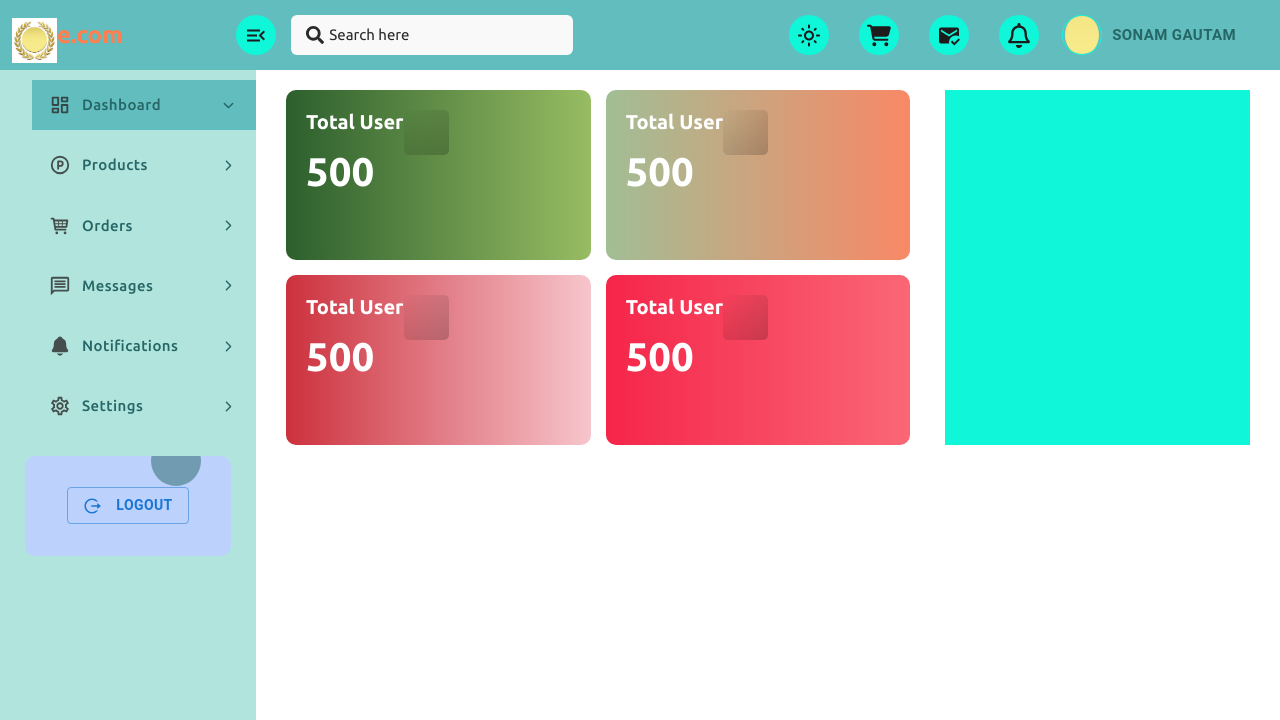
Repository: gautamsonam011/admin-react-dashboard
Page: /
The author's editor kept a copy of each file at every save. The page is drawn from the files as they stood at one save, then again after the next save.
The browser window is 1280 px wide. The pictures show the whole page.
The project was rebuilt for these pictures with package versions that can differ from the ones it lists, and the page was loaded fresh each time.

Above is the page before, as saved 2025-04-16 13:38:53.

### src/App.js
import { BrowserRouter, Routes, Route } from 'react-router-dom';
import './App.css';
import 'bootstrap/dist/css/bootstrap.min.css';
import Dashboard from './pages/Dashboard/Dashboard';
import Header from "./components/Header/index";
import Sidebar from './components/Sidebar';

function App() {
  return (
    <BrowserRouter>
      <Header />
      <div className='main d-flex'>
        <div className='sidebarWrapper'>
          <Sidebar />
        </div>
        <div className='content'>
          <Routes>
            <Route path="/" exact={true} element={<Dashboard />} />
          </Routes>
        </div>
      </div>

    </BrowserRouter>
  );
}

export default App;

### src/App.css
@import url('https://fonts.googleapis.com/css2?family=Ubuntu:ital,wght@0,300;0,400;0,500;0,700;1,300;1,400;1,500;1,700&display=swap');

body{
  font-family: "Ubuntu", sans-serif !important;
  background-color: #f4f8f7;

}

header{
  width:100%;
  height: 70px;
  background-color:#62bebe;
  position: fixed;
  top:0px;
  left:0px;
  z-index: 1000;
}
header .logo{
  text-decoration: none;
}
header .logo img{
  margin-top: 10px;
  width:45px;

}

header .logo span{
color: coral;
font-weight: bolder;
font-size: 24px;
}
header button.rounded-circle{min-width:40px !important; width:40px !important; height: 40px !important; background-color:#0ff7d8 !important; margin: 15px;}
header button.rounded-circle svg{color:rgb(29, 27, 27); font-size: 25px !important; transition: all 0.2s ease-in-out;}
header button.rounded-circle:hover svg{color: #2585d4 !important;}
.searchBox{width:400px; height: 40px; background-color:#faf9f9; border-radius: 6px;padding: 3px 15px;}
.searchBox input{background: transparent;border:0px; outline:none; padding-left: 5px; font-size: 15px; color:#292929}
.searchBox input::-webkit-input-placeholder{color:#292929}
.searchBox svg{font-size: 18px; color:#292929 ;}

.userImg{display: flex; align-items:center; justify-content: center; overflow: hidden; width:40px; height: 40px; border:1px solid #0ff7d8; padding: 2px; border-radius: 100%;}
.userImg .rounded-circle{display: flex; align-items:center; justify-content: center; overflow: hidden; width: 40px; height: 40px; cursor: pointer; position: relative;}
.userImg .rounded-circle .img{object-fit: cover; width: 100%;}
.userInfo{padding-left: 10px;}
.userInfo h5{font-size: 15px; font-weight: 600; margin-bottom:0px; color: #266666;}

#account-menu li{font-size: 14px !important;}
#account-menu li svg{font-size: 20px !important}

.dropdown-info{padding-left: 6px;}
.dropdown-info h4{font-size: 15px; font-weight:600;margin-top: 2px; white-space: break-space; line-height: 21px;}
.dropdown-info p{font-size: 10px; color: #2585d4;}


/* Style for sidebar  */

.main .sidebarWrapper{width: 20%; flex: 0 0 20%; transition: all 0.3s ease-in-out;}
.main .sidebarWrapper .sidebar{width:20%; height: 100vh; position:fixed; top: 70px; left:0px; background:#b1e4dd; overflow-y: scroll; overflow-x: hidden;}
.main .sidebarWrapper .sidebar::-webkit-scrollbar-thumb{background: transparent !important; width:3px;}
.main .sidebarWrapper:hover .sidebar::-webkit-scrollbar{ background:#2585d4; width:3px;}
.main .sidebarWrapper .sidebar ul{margin-bottom:0px;}
.main .sidebarWrapper .sidebar ul li{list-style: none; margin-top:10px;}
.main .sidebarWrapper .sidebar ul li button{color:#266666; text-align: left; justify-content: left; border-radius:0px !important; padding: 12px 15px !important;
  align-items: center; text-transform: capitalize !important;font-family: "Ubuntu", sans-serif !important;
  margin-left: 0px; font-size: 15px !important;
}
.main .sidebarWrapper .sidebar ul li button .icon{display: flex; align-items:center; justify-content: center; width:25px; height:25px; margin-right: 10px;}
.main .sidebarWrapper .sidebar ul li button .icon svg{color:#292929; opacity: 0.8; font-size: 22px;}
.main .sidebarWrapper .sidebar ul li button .arrow{margin-left: auto; display: flex; align-items: center; justify-content: center; width: 25px; transition: all 0.3s ease-in-out}
.main .sidebarWrapper .sidebar ul li button:hover{background:#62bebe !important;}
.main .sidebarWrapper .sidebar ul li button.active{background: #62bebe !important;}
.main .sidebarWrapper .sidebar ul li button.active .arrow{transform: rotate(90deg);}

.main .sidebarWrapper .sidebar ul .submenu{padding: 0px 45px; position:relative; height:auto;}
.main .sidebarWrapper .sidebar ul .submenu::before{content:''; width:1px; height: 95%; position: absolute; top:0px; left:25px; background:rgba(0, 0, 0, 0.1);}
.main .sidebarWrapper .sidebar ul .submenu li{width:100%; list-style: none;}
.main .sidebarWrapper .sidebar ul .submenu li a{color:#266666 !important; text-decoration: none; font-family: "Ubuntu", sans-serif !important;
display: block; padding: 6px 0px; font-size: 14px !important; font-weight: 500; transition:all 0.3s}
.main .sidebarWrapper .sidebar ul .submenu li a:hover{color:#2585d4 !important;}

.main .sidebarWrapper .sidebar ul .submenuWrapper{transition:all 0.3s ease-in-out; height: 0px; overflow: hidden; }
.main .sidebarWrapper .sidebar ul .submenuWrapper.colapsed .submenu{opacity:0;}

.main .sidebarWrapper .sidebar ul .submenuWrapper.colapse{height:auto; overflow: inherit;}
.main .sidebarWrapper .sidebar ul .submenuWrapper.colapse .submenu{opacity:1; height:auto;}

.logoutWrapper{padding: 0px 25px;}
.logoutWrapper .logoutBox{width:100%; height:100px; padding: 25px; background:#bcd2fd; border-radius:10px; margin-bottom:20px; display:flex; align-items: center; justify-content: center;
position:relative; overflow:hidden;}
.logoutWrapper .logoutBox::before{content:''; width:50px; height:50px; background:#266666; border-radius: 100%; position:absolute; top: -20px; right: 30px; opacity:0.5}
.logoutWrapper .logoutBox::after{content:''; width:30px; height:30px; background:#266666; border-radius: 100%; position:absolute; top: -30px; left: 30px; opacity:0.5}
.logoutWrapper .logoutBox button{font-size:14px !important; font-weight: 600 !important; }
.logoutWrapper .logoutBox button svg{margin-right: 15px; font-size:18px;}

.main .content{width:80%; flex: 0 0 80%;}
.dashboardBoxWrapperRow{margin-left: 20%;}
.right-content{padding: 90px 30px;}
.dashboardBoxWrapper{gap: 15px; width:100%; flex-wrap: wrap;}
.dashboardBoxWrapper .dashboardBox{width:48%; height: 170px; border-radius:10px; overflow: hidden; padding:20px;}
.dashboardBoxWrapperRow .box{width:100%; height: 100%; background:#0ff7d8;}

.dashboardBoxWrapper .dashboardBox .col1 h4{font-size: 20px; font-weight: 600;}
.dashboardBoxWrapper .dashboardBox .col1 span{font-size: 40px; font-weight: bold;}
.dashboardBoxWrapper .dashboardBox .icon {display: flex; align-items:center; justify-content: center; width:45px; height: 45px; border-radius:5px; background-image: linear-gradient(to bottom right, rgba(0, 0, 0, 0), rgba(0, 0, 0, 0.2));}
.dashboardBoxWrapper .dashboardBox .icon svg{font-size: 45px; opacity: 0.1;}

### src/pages/Dashboard/Dashboard.jsx
import DashboardBox from "../../components/DashboardBox";
import { FaUserFriends } from "react-icons/fa";

const Dashboard = () => {
    return (
        <div className="right-content w-100">
            <div className="row dashboardBoxWrapperRow ">
                <div className="col-md-8">
                    <div className="dashboardBoxWrapper d-flex">
                        <DashboardBox color={["#2C5F2D", "#97BC62"]} icon={<FaUserFriends/>} />
                        <DashboardBox color={["#A1BE95", "#F98866"]} />
                        <DashboardBox color={["#CC313D", "#F7C5CC"]} />
                        <DashboardBox color={["#F52549", "#FA6775"]} />

                    </div>
                </div>
                <div className="col-md-4 pl-0">
                    <div className="box"></div>
                </div>
            </div>
        </div>
    )
}

export default Dashboard;

### src/components/Header/index.jsx
import React, { useState } from 'react';
import { Link } from "react-router-dom";
import logo from "../../assests/images/logo.jpg";
import Button from '@mui/material/Button';
import { MdMenuOpen } from "react-icons/md";
// import { MdOutlineMenu } from "react-icons/md";
import SearchBox from "../SearchBox";
import { MdOutlineLightMode } from "react-icons/md";
// import { MdDarkMode } from "react-icons/md";
import { FaCartShopping } from "react-icons/fa6";
import { MdMarkEmailRead } from "react-icons/md";
import { FaRegBell } from "react-icons/fa";


import Avatar from '@mui/material/Avatar';
import Menu from '@mui/material/Menu';
import MenuItem from '@mui/material/MenuItem';
import ListItemIcon from '@mui/material/ListItemIcon';
import Divider from '@mui/material/Divider';
import { FaShieldAlt } from "react-icons/fa";
import Settings from '@mui/icons-material/Settings';
import Logout from '@mui/icons-material/Logout';

const Header = () => {
    const [anchorEl, setAnchorEl] = useState(null);
    const [anchorElNotification, setAnchorElNotification] = useState(null);

    const open = Boolean(anchorEl);

    const handleOpenMyAccountDropdown = (event) => {
        if (anchorEl) {
            setAnchorEl(null);
        } else {
            setAnchorEl(event.currentTarget);
        }
    };

    const handleOpenMyAccountDropdownClose = () => {
        setAnchorEl(null);
    };

    // For Notification dropdown
    const handleOpennotificationsDrop = (event) => {
        setAnchorElNotification(event.currentTarget);
    };

    const handleClosenotificationsDrop = () => {
        setAnchorElNotification(null);
    };



    return (
        <>
            <header>
                <div className="container-fluid">
                    <div className="row d-flex align-items-center w-100">
                        {/* logo */}
                        <div className="col-sm-2">
                            <Link to="/" className="d-flex align-items-center logo">
                                <img src={logo} alt="logo" />
                                <span className="ml-2">e.com</span>
                            </Link>
                        </div>
                        <div className="col-sm-3 d-flex align-items-center pl-4">
                            <Button className="rounded-circle"><MdMenuOpen /></Button>
                            <SearchBox />
                        </div>
                        <div className="col-sm-7 d-flex align-items-center justify-content-end part3">
                            <Button className="rounded-circle"><MdOutlineLightMode /></Button>
                            <Button className="rounded-circle"><FaCartShopping /></Button>
                            <Button className="rounded-circle"><MdMarkEmailRead /></Button>
                            <Button className="rounded-circle" onClick={handleOpennotificationsDrop}>
                                <FaRegBell />
                            </Button>
                            <Menu
                                anchorEl={anchorElNotification}
                                open={Boolean(anchorElNotification)}
                                onClose={handleClosenotificationsDrop}
                                onClick={handleClosenotificationsDrop}
                                slotProps={{
                                    paper: {
                                        elevation: 0,
                                        sx: {
                                            overflow: 'visible',
                                            filter: 'drop-shadow(0px 2px 8px rgba(0,0,0,0.32))',
                                            mt: 1.5,
                                            '&::before': {
                                                content: '""',
                                                display: 'block',
                                                position: 'absolute',
                                                top: 0,
                                                right: 14,
                                                width: 10,
                                                height: 10,
                                                bgcolor: 'background.paper',
                                                transform: 'translateY(-50%) rotate(45deg)',
                                                zIndex: 0,
                                            },
                                        },
                                    },
                                }}
                                transformOrigin={{ horizontal: 'right', vertical: 'top' }}
                                anchorOrigin={{ horizontal: 'right', vertical: 'bottom' }}
                            >
                                <MenuItem onClick={handleClosenotificationsDrop}>
                                    Orders(12)
                                </MenuItem>
                                <Divider className="mb-2" />
                                <MenuItem onClick={handleClosenotificationsDrop}>
                                    <div className="d-flex align-items-center dropdown-list">

                                        <div className="userImg">
                                        <span className="rounded-circle">
                                            <img src={logo} alt="profile" />
                                        </span>

                                    </div>
                                    <div className='dropdown-info'>
                                        <h4><b>Sona</b> added Leather New Shoes</h4>
                                        <p>Few minutes ago</p>
                                    </div>
                                    </div>

                                </MenuItem>
                                <MenuItem onClick={handleClosenotificationsDrop}>
                                    <div className="d-flex align-items-center dropdown-list">

                                        <div className="userImg">
                                        <span className="rounded-circle">
                                            <img src={logo} alt="profile" />
                                        </span>

                                    </div>
                                    <div className='dropdown-info'>
                                        <h4><b>Sona</b> added Leather New Shoes</h4>
                                        <p>Few minutes ago</p>
                                    </div>
                                    </div>

                                </MenuItem>
                            </Menu>

                            <div className="myAccountWrapper">
                                <Button className="myAccount d-flex align-items-center" onClick={handleOpenMyAccountDropdown}>
                                    <div className="userImg">
                                        <span className="rounded-circle">
                                            <img src={logo} alt="profile" />
                                        </span>

                                    </div>
                                    <div className="userInfo">
                                        <h5>Sonam Gautam</h5>
                                    </div>

                                    <Menu
                                        anchorEl={anchorEl}
                                        id="account-menu"
                                        open={open}
                                        onClose={handleOpenMyAccountDropdownClose}
                                        onClick={handleOpenMyAccountDropdownClose}
                                        slotProps={{
                                            paper: {
                                                elevation: 0,
                                                sx: {
                                                    overflow: 'visible',
                                                    filter: 'drop-shadow(0px 2px 8px rgba(0,0,0,0.32))',
                                                    mt: 1.5,
                                                    '& .MuiAvatar-root': {
                                                        width: 32,
                                                        height: 32,
                                                        ml: -0.5,
                                                        mr: 1,
                                                    },
                                                    '&::before': {
                                                        content: '""',
                                                        display: 'block',
                                                        position: 'absolute',
                                                        top: 0,
                                                        right: 14,
                                                        width: 10,
                                                        height: 10,
                                                        bgcolor: 'background.paper',
                                                        transform: 'translateY(-50%) rotate(45deg)',
                                                        zIndex: 0,
                                                    },
                                                },
                                            },
                                        }}
                                        transformOrigin={{ horizontal: 'right', vertical: 'top' }}
                                        anchorOrigin={{ horizontal: 'right', vertical: 'bottom' }}
                                    >
                                        <MenuItem onClick={handleOpenMyAccountDropdownClose}>
                                            <Avatar /> Profile
                                        </MenuItem>
                                        <Divider />
                                        <MenuItem onClick={handleOpenMyAccountDropdownClose}>
                                            <ListItemIcon>
                                                <FaShieldAlt fontSize="small" />
                                            </ListItemIcon>
                                            Reset Password
                                        </MenuItem>
                                        <MenuItem onClick={handleOpenMyAccountDropdownClose}>
                                            <ListItemIcon>
                                                <Settings fontSize="small" />
                                            </ListItemIcon>
                                            Settings
                                        </MenuItem>
                                        <MenuItem onClick={handleOpenMyAccountDropdownClose}>
                                            <ListItemIcon>
                                                <Logout fontSize="small" />
                                            </ListItemIcon>
                                            Logout
                                        </MenuItem>
                                    </Menu>
                                </Button>
                            </div>
                        </div>
                    </div>
                </div>
            </header>
        </>
    )
}

export default Header

### src/components/Sidebar/index.jsx
import Button from '@mui/material/Button';
import { RiDashboardLine } from "react-icons/ri";
import { IoIosArrowForward } from "react-icons/io";
import { TbBrandProducthunt } from "react-icons/tb";
import { TiShoppingCart } from "react-icons/ti";
import { MdOutlineMessage } from "react-icons/md";
import { IoNotifications } from "react-icons/io5";
import { MdOutlineSettings } from "react-icons/md";
import { Link } from 'react-router-dom';
import React, {useState} from "react";
import { RiLogoutCircleRLine } from "react-icons/ri";

const Sidebar = () =>{
    const [activeTab, setActiveTab] = useState(0);
    const [isToggleSubmenu, setIsToggleSubmenu] = useState(false);

    const isOpenSubmenu = (index) =>{
        setActiveTab(index);
        setIsToggleSubmenu(!isToggleSubmenu);


    }

    return(
        <div className="sidebar">
            <ul>
                <li>
                    <Link to="/">
                    <Button className={`w-100 ${activeTab === 0 ? 'active' : ''}`} onClick={()=>isOpenSubmenu(0)}>
                        <span className='icon'><RiDashboardLine/></span>
                        Dashboard
                        <span className="arrow"><IoIosArrowForward/></span>
                    </Button>
                    </Link>
                </li>
                <li>
                    <Button className={`w-100 ${activeTab === 1 && isToggleSubmenu===true ?  'active' : ''}`} onClick={()=>isOpenSubmenu(1)}>
                        <span className='icon'><TbBrandProducthunt/></span>
                        Products
                        <span className="arrow"><IoIosArrowForward/></span>
                    </Button>
                    <div className={`submenuWrapper ${activeTab===1 && isToggleSubmenu===true ? 'colapse':'colapsed'}`}>
                    <ul className='submenu'>
                        <li><Link to="#">Product Add</Link></li>
                        <li><Link to="#">Product List</Link></li>
                        <li><Link to="#">Product View</Link></li>
                    </ul>
                    </div>
                </li>
                <li>
                    <Link to="/">
                    <Button className={`w-100 ${activeTab === 2 ? 'active' : ''}`} onClick={()=>isOpenSubmenu(2)}>
                        <span className='icon'><TiShoppingCart/></span>
                        Orders
                        <span className="arrow"><IoIosArrowForward/></span>
                    </Button>
                    </Link>
                </li>
                <li>
                    <Link to="/">
                    <Button className={`w-100 ${activeTab === 3 ? 'active' : ''}`} onClick={()=>isOpenSubmenu(3)}>
                        <span className='icon'><MdOutlineMessage/></span>
                        Messages
                        <span className="arrow"><IoIosArrowForward/></span>
                    </Button>
                    </Link>
                </li>
                <li>
                    <Link to="/">
                    <Button className={`w-100 ${activeTab === 4 ? 'active' : ''}`} onClick={()=>isOpenSubmenu(4)}>
                        <span className='icon'><IoNotifications/></span>
                        Notifications
                        <span className="arrow"><IoIosArrowForward/></span>
                    </Button>
                    </Link>
                </li>
                <li>
                    <Link to="/">
                    <Button className={`w-100 ${activeTab === 5 ? 'active' : ''}`} onClick={()=>isOpenSubmenu(5)}>
                        <span className='icon'><MdOutlineSettings /></span>
                        Settings
                        <span className="arrow"><IoIosArrowForward/></span>
                    </Button>
                    </Link>
                </li>
            </ul>
            <br/>
            <div className="logoutWrapper">
                <div className="logoutBox">
            <Button variant="outlined"> <RiLogoutCircleRLine/>Logout</Button>
            </div>
            </div>
        </div>
    )
}

export default Sidebar

### src/components/DashboardBox.jsx


const DashboardBox = (props) => {

    return (
        <div className="dashboardBox" style={{
            backgroundImage: `linear-gradient(to right, ${props.color?.[0]}, ${props.color?.[1]})`
        }}
        >
            <div className="d-flex w-100">
                <div className="col1">
                    <h4 className="text-white">Total User</h4>
                    <span className="text-white">500</span>
                </div>
                <div className="ml-auto">
                    <span className="icon">

                    </span>
                </div>
            </div>
        </div>


    )

}

export default DashboardBox;

### src/components/SearchBox.jsx
import { FaSearch } from "react-icons/fa";

const SearchBox = () =>{
    return (
        <div className="searchBox position-relative d-flex align-items-center">
            <FaSearch className="mr-2" />
            <input type="text" placeholder="Search here"  />
        </div>
    )
}

export default SearchBox;

Loaded but not shown: public/index.html (common file); src/index.js (common file); src/reportWebVitals.js (common file)

After the next save:
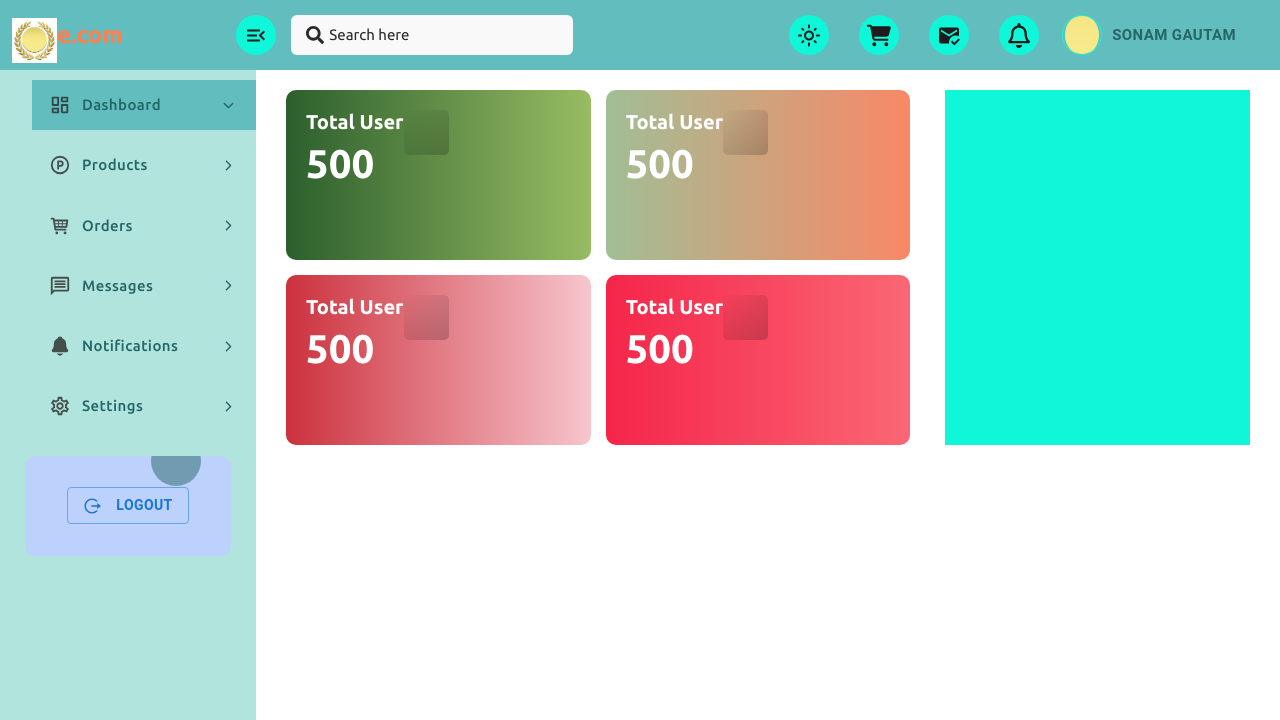
Saved 63 s later.
--- a/src/components/DashboardBox.jsx
+++ b/src/components/DashboardBox.jsx
@@ -9,7 +9,7 @@ const DashboardBox = (props) => {
         >
             <div className="d-flex w-100">
                 <div className="col1">
-                    <h4 className="text-white">Total User</h4>
+                    <h4 className="text-white mb-0">Total User</h4>
                     <span className="text-white">500</span>
                 </div>
                 <div className="ml-auto">
